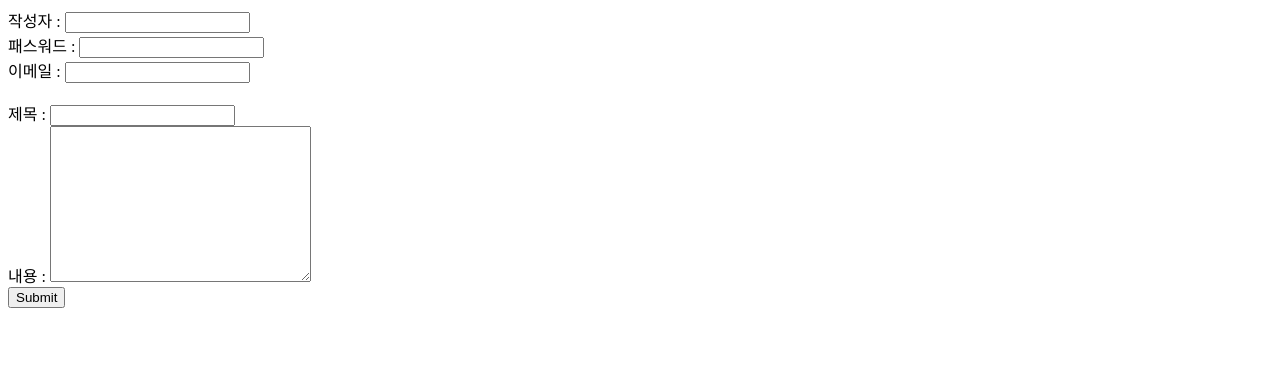
Repository: GitOnibi/jsp
Page: http://localhost/JSPprojec/notice/write_form.jsp?mode=write
An editor plug-in stored every save of this project. The page is shown before and after the next save, followed by the edit.
The browser window is 1280 px wide. The pictures show the whole page.
The page is served by Tomcat 9.

Above is the page before, as saved 2019-01-11 10:48:23.

After the next save:
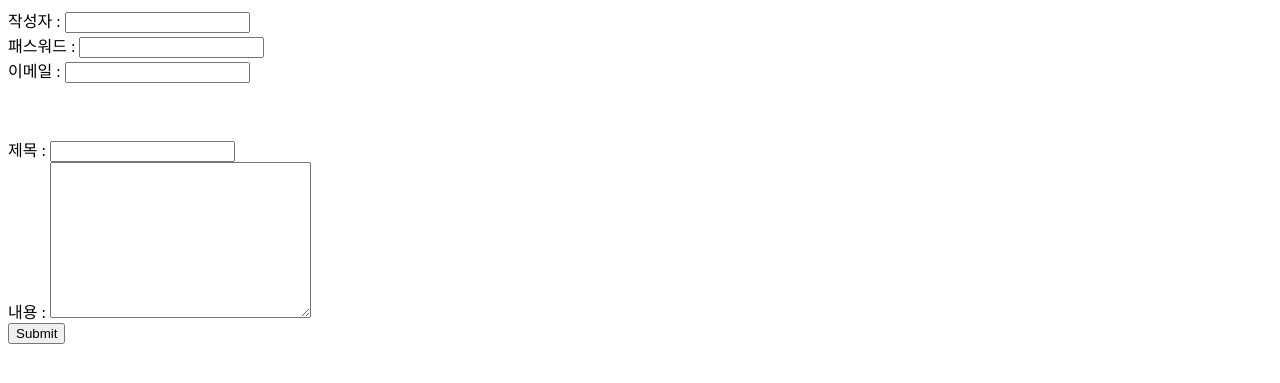
Saved 7 s later.
--- a/JSPprojec/WebContent/notice/write_form.jsp
+++ b/JSPprojec/WebContent/notice/write_form.jsp
@@ -9,7 +9,7 @@
 	<form action="" id="writeFrm">
 		작성자 : <input type="text" name="user_id"/><br />
 		패스워드 : <input type="text" name="user_pw"/><br />
-		이메일 : <input type="text" name="user_email"/><br /><br />
+		이메일 : <input type="text" name="user_email"/><br /><br /><br /><br />
 		제목 : <input type="text" name="title"/><br />
 		내용 : <textarea name="contents" id="" cols="30" rows="10"></textarea><br />
 		<input type="submit" />
